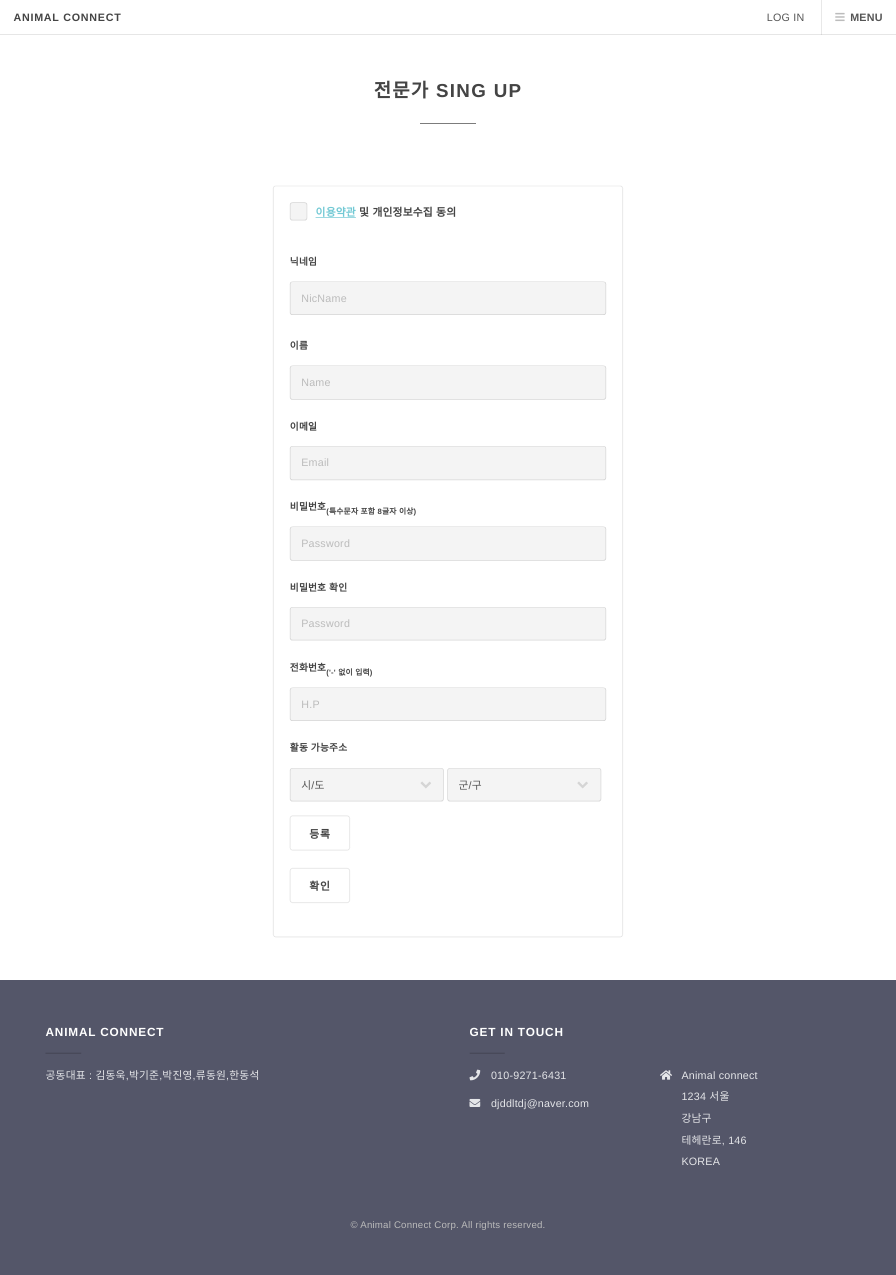
Repository: wnsdldla/git_local
Page: http://localhost/animalConnect/WEB-INF/views/animalConnect/member/proJoin.jsp
These files come from the project's save history. The page is drawn as it stood at one moment and after the next save; the edit follows.
The browser window is 1280 px wide. The pictures show the whole page, at 70% of full size.
Some web fonts or font styles are not loaded; a fallback is used. The page is served by Tomcat 9. Nobody is signed in. Other server files are loaded and not shown. The template is opened directly, without the code that normally fills it, so the values that code supplies are empty.

Above is the page before, as saved 2020-12-16 01:44:17.

### animalConnect/src/main/webapp/WEB-INF/views/animalConnect/member/proJoin.jsp
<%@ page language="java" contentType="text/html; charset=UTF-8" pageEncoding="UTF-8" %>
<%@ taglib uri="http://java.sun.com/jsp/jstl/core" prefix="c" %>
<%@ taglib uri="http://java.sun.com/jsp/jstl/functions" prefix="fn" %>
<!DOCTYPE html PUBLIC "-//W3C//DTD HTML 4.01 Transitional//EN" "http://www.w3.org/TR/html4/loose.dtd">
<!--
	Tactile by Pixelarity
	pixelarity.com | hello@pixelarity.com
	License: pixelarity.com/license
-->
<html>
	<head>
		<title>Untitled</title>
		<meta name="viewport" content="width=device-width, initial-scale=1, user-scalable=1" />
		<link rel="stylesheet" href="/resources/assets/css/main.css" />
	</head>
	<body class="is-preload">

			<jsp:include page="../menu/menu.jsp" />


		<!-- Main -->
<article id="main">
<br>
<br>
	<h2 class="major special" align="center">전문가 Sing Up</h2>

	<div class="wrapper">
		<div class="inner">

			<!-- Elements -->
			<div class="row gtr-200">
				<div class="col-12 col-12-medium" align="center">

					<div class="table-wrapper">
						<form action="/animalConnect/member/proJoin" name="proJoinForm" method="post">
							<div class="box" style="flaot:left; width:500px; text-align:left;">
								<div style="margin-bottom:25px;">
									<input type="checkbox" name="check" id="check">
								 	 <label for="check"><strong><a href="terms.html">이용약관</a> 및 개인정보수집 동의</strong></label>
								</div>
								<input type="hidden" value="NO" name="proCheck">
								<div style="margin-bottom:25px;">
									<label>닉네임</label>
									<input type="text" name="nicName" style="line-height:100px;" placeholder="NicName">
									<p id="idCheck_text"></p>
								</div>
								<div style="margin-bottom:25px;">
									<label>이름</label>
									<input type="text" name="proName" style="line-height:100px;" placeholder="Name">
								</div>
								<div style="margin-bottom:25px;">
									<label>이메일</label>
									<input type="text" name="proEmail" style="line-height:100px;" placeholder="Email">
								</div>
								<div style="margin-bottom:25px;">
									<label>비밀번호<sub>(특수문자 포함 8글자 이상)</sub></label>
									<input type="password" name="proPw" style="line-height:100px;" placeholder="Password">
								</div>
								<div style="margin-bottom:25px;">
									<label>비밀번호 확인</label>
									<input type="password" name="proCheckPw" style="line-height:100px;" placeholder="Password">
								</div>
								<div style="margin-bottom:25px;">
									<label>전화번호<sub>('-' 없이 입력)</sub></label>
									<input type="text" name="proHp" style="line-height:100px;" placeholder="H.P">
								</div>

								<div style="margin-bottom:25px;" id="newText">
									<label>활동 가능주소</label>
									<select name="sido1" id="sido1" style="display:inline; width:220px;">
     									<option value="">시/도</option>
   								 	</select>
    								<select name="gugun1" id="gugun1"  style="display:inline; width:220px;">
      									<option value="">군/구</option>
    								</select>
    								<input id="map" type="button" value="등록" onclick="checkMap(sido1.value, gugun1.value)" style="margin-top: 20px;" >
								</div>
								<input type="hidden" name="maps">
								<!--
					<label style="text-align:left;">자격증 및 경력 증명서<sub>(필수)</sub></label>

					<ul class="alt">
						<li>
							<input type="file" style="width:55%;" name="file1">
							<input type="button" onclick="cancleFile('file1')" value="첨부 삭제" style="margin-left:100px; padding:0px; height:40px;"/>
						</li>
						<li>
							<input type="file" style="width:55%;" name="file2">
							<input type="button" onclick="cancleFile('file2')" value="첨부 삭제" style="margin-left:100px; padding:0px; height:40px;"/>
						</li>
						<li>
							<input type="file" style="width:55%;" name="file3">
							<input type="button" onclick="cancleFile('file3')" value="첨부 삭제" style="margin-left:100px; padding:0px; height:40px;"/>
						</li>
					</ul>		 -->
								<div style="margin-bottom:25px;">
									<input type="button" onclick="formSubmit()" value="확인">
								</div>
							</div>
						</form>
					</div>
				</div>
			</div>
		</div>
	</div>
</article>

	<jsp:include page="../footer/footer.jsp" />

			<script>var contextPath = "${pageContext.request.contextPath}";</script>
			<script src="/resources/assets/js/proJoin.js"></script>
	</body>
			<script>
				function cancleFile(fileTagName){
					if($.browser.msie){	//ie일 때 초기화
						$("input[name='"+ fileTagName +"']").replaceWith($("input[name='"+ fileTagName +"']").clone(true));
					}else{ //그 외 브라우저일 때 초기화
						$("input[name='"+ fileTagName +"']").val("");
					}
				}
			</script>
</html>

### animalConnect/src/main/webapp/WEB-INF/views/animalConnect/menu/menu.jsp
<%@ page language="java" contentType="text/html; charset=UTF-8" pageEncoding="UTF-8"%>
<%@ taglib uri="http://java.sun.com/jsp/jstl/core" prefix="c" %>
	<!-- Header -->
			<header id="header">
				<h1><a href="/animalConnect/main/main">ANIMAL CONNECT</a></h1>
				<c:choose>
				<c:when test="${session_id eq null}">
					<a href="/animalConnect/login/login">Log In</a>
				</c:when>
				<c:when test="${session_nicName eq null}">
					<span style="color:black;"><a href="#">${session_id}</a> 님 환영합니다.</span>
				</c:when>
			<c:otherwise>
				<span style="color:black;"><a href="#">${session_nicName}</a> 님 환영합니다.</span>
			</c:otherwise>
			</c:choose>
				<a href="#menu">Menu</a>
			</header>


		<!-- Menu -->

		<nav id="menu">
				<ul class="actions stacked">
			<c:choose>
				<c:when test="${session_id eq null}">
					<li><a href="/animalConnect/member/checkJoin" class="button fit primary">Sign Up</a></li>
					<li><a href="${pageContext.request.contextPath}/login/Login.me" class="button fit">Log In</a></li>
				</c:when>
			<c:otherwise>
						<a href="${pageContext.request.contextPath}/login/MemberLogOut.me" class="button fit">로그아웃</a>
			</c:otherwise>
			</c:choose>
				</ul>
				<ul class="links">
					<li><a href="${pageContext.request.contextPath}/question/Question.qo">문의사항</a></li>
					<li><a href="/animalConnect/notice/noticeList">공지사항</a></li>
					<li><a href="${pageContext.request.contextPath}/profile/ProfileList.pro">전문가 프로필</a></li>
					<c:if test="${session_num eq 0}">
						<li><a href="${pageContext.request.contextPath}/question/User_question.qo">일반유저 문의</a></li>
						<li><a href="${pageContext.request.contextPath}/question/Pro_question.qo">전문가 문의</a></li>
						<li><a href="${pageContext.request.contextPath}/approve/ApproveList.ap">승인대기</a></li>
					</c:if>
				</ul>
			</nav>

### animalConnect/src/main/webapp/WEB-INF/views/animalConnect/footer/footer.jsp
<!-- Footer -->
<%@ page language="java" contentType="text/html; charset=UTF-8" pageEncoding="UTF-8"%>

	<footer id="footer">
	<div class="inner">
		<section class="about">
		<h4 class="major">Animal Connect</h4>
		<p>공동대표 : 김동욱,박기준,박진영,류동원,한동석</p><br>
		<p></p>

		</section>
		<section class="contact-info">
		<h4 class="major">Get in Touch</h4>
		<ul class="contact">
			<li class="icon solid fa-phone">010-9271-6431</li>
			<li class="icon solid fa-envelope"><a href="">djddltdj@naver.com</a></li>

		</ul>
		<ul class="contact">
			<li class="icon solid fa-home">Animal connect<br />1234
				서울<br />강남구<br />테헤란로, 146<br />KOREA

			</li>
		</ul>
		</section>
	</div>
	<div class="copyright">
		<p>&copy; Animal Connect Corp. All rights reserved.</p>
	</div>
	</footer>

	<!-- Scripts -->

	<script src="/resources/assets/js/jquery.min.js"></script>
	<script src="/resources/assets/js/jquery.scrolly.min.js"></script>
	<script src="/resources/assets/js/browser.min.js"></script>
	<script src="/resources/assets/js/breakpoints.min.js"></script>
	<script src="/resources/assets/js/util.js"></script>
	<script src="/resources/assets/js/main.js"></script>

Loaded but not shown: animalConnect/src/main/webapp/resources/assets/js/jquery.min.js (library); animalConnect/src/main/webapp/resources/assets/js/jquery.scrolly.min.js (common file); animalConnect/src/main/webapp/resources/assets/js/browser.min.js (common file); animalConnect/src/main/webapp/resources/assets/js/breakpoints.min.js (common file); animalConnect/src/main/webapp/resources/assets/css/fontawesome-all.min.css (library); animalConnect/src/main/webapp/resources/assets/js/util.js (587 lines, source omitted); animalConnect/src/main/webapp/resources/assets/js/proJoin.js (234 lines, source omitted); animalConnect/src/main/webapp/resources/assets/js/main.js (49 lines, source omitted); animalConnect/src/main/webapp/resources/assets/css/main.css (4560 lines, source omitted)

After the next save:
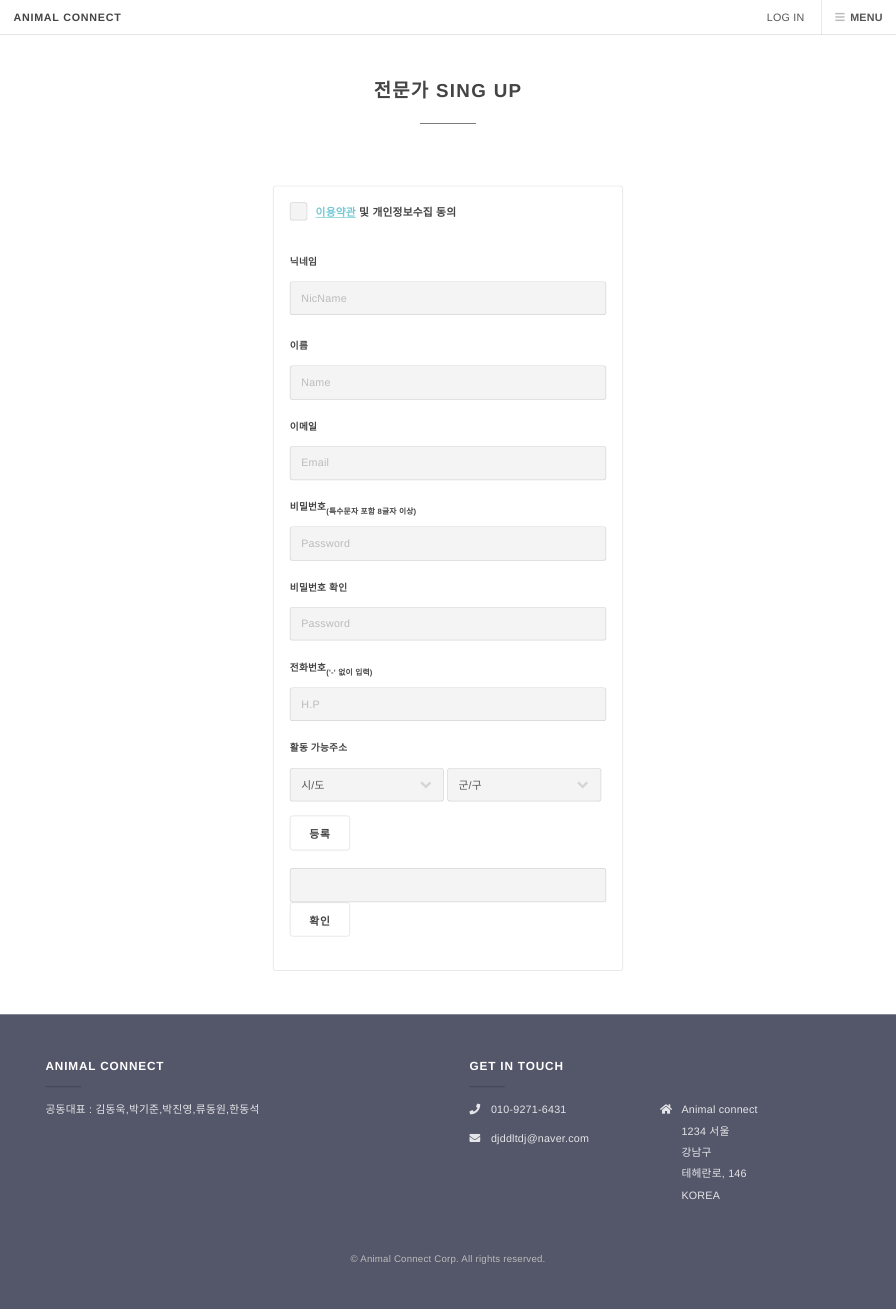
Saved 7 min 54 s later.
--- a/animalConnect/src/main/webapp/WEB-INF/views/animalConnect/member/proJoin.jsp
+++ b/animalConnect/src/main/webapp/WEB-INF/views/animalConnect/member/proJoin.jsp
@@ -75,7 +75,7 @@
     								</select>
     								<input id="map" type="button" value="등록" onclick="checkMap(sido1.value, gugun1.value)" style="margin-top: 20px;" >
 								</div>
-								<input type="hidden" name="maps">
+								<input type="text" name="maps">
 								<!--
 					<label style="text-align:left;">자격증 및 경력 증명서<sub>(필수)</sub></label>
 
